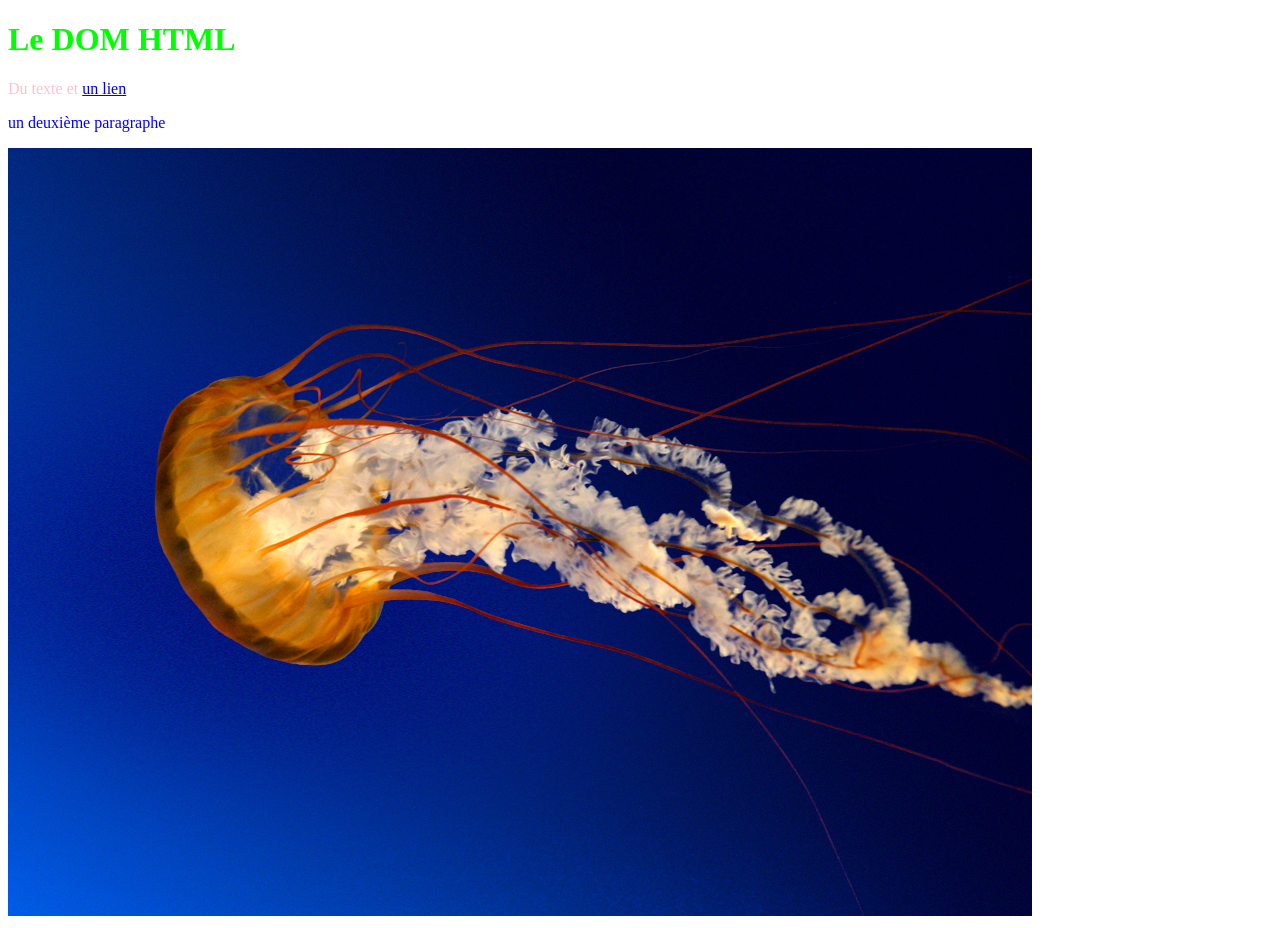
Repository: serviceshuios/-git-reference-java-lyon-worspace
Page: workspaceWeb/HtmlCssJavascript/WebContent/ModificationsDocumentEtElement.html
These files come from the project's save history. The page is drawn as it stood at one moment and after the next save; the edit follows.
The browser window is 1280 px wide. The pictures show the whole page.

Above is the page before, as saved 2017-04-05 12:38:04.

After the next save:
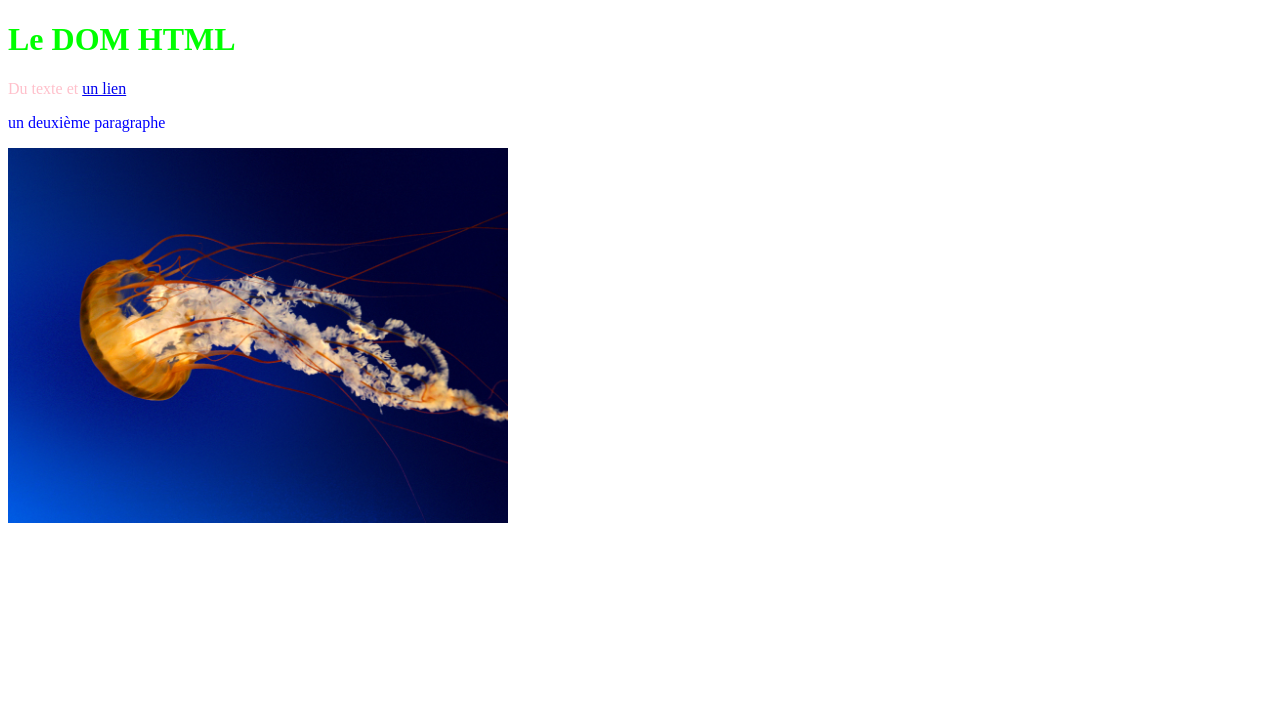
Saved 54 s later.
--- a/workspaceWeb/HtmlCssJavascript/WebContent/css/style6.css
+++ b/workspaceWeb/HtmlCssJavascript/WebContent/css/style6.css
@@ -8,3 +8,6 @@
 .styleTitre{
 	color:#00ff00;
 }
+img {
+	width:500px;
+}
